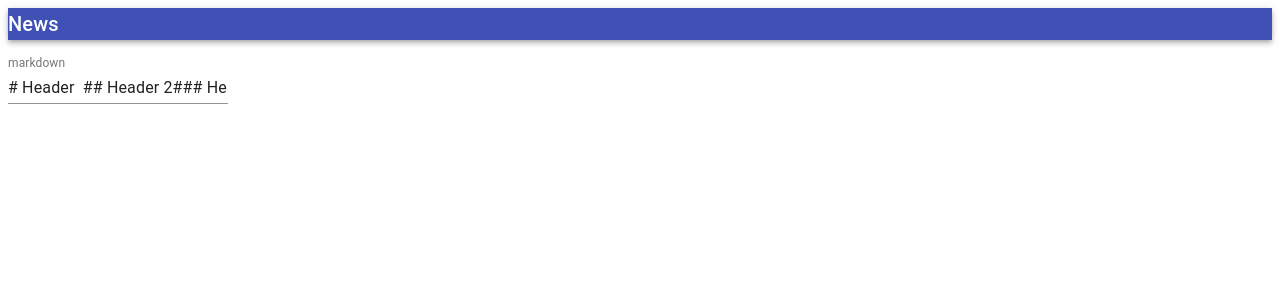
Repository: milac0/markdown-previewer
Page: /
The author's editor kept a copy of each file at every save. The page is drawn from the files as they stood at one save, then again after a run of saves.
The browser window is 1280 px wide. The pictures show the whole page.
The project was rebuilt for these pictures with package versions that can differ from the ones it lists, and the page was loaded fresh each time.

Above is the page before, as saved 2019-10-22 14:56:03.

After the next 4 saves:
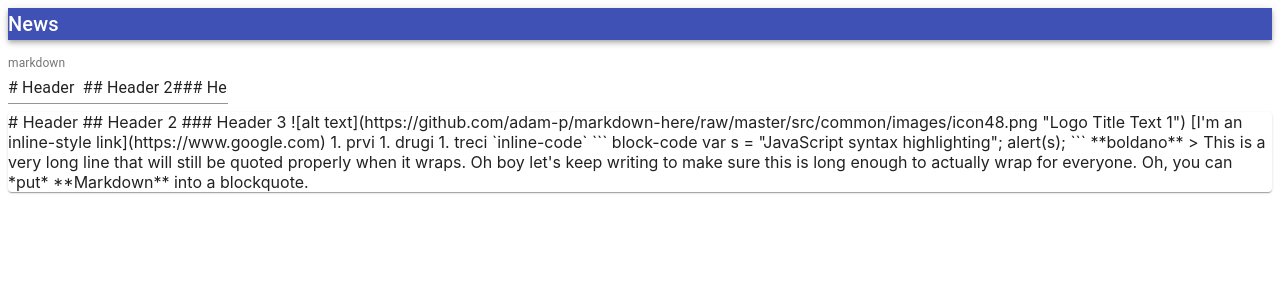
The 4 saves are shown as one change because 3 did not build or start.
The last was saved 5 min 17 s later.
--- a/src/App.js
+++ b/src/App.js
@@ -1,11 +1,13 @@
 import React, { Fragment, useState} from 'react';
 import startingInput from './util/startingInput'
+import marked from 'marked'
 
 //mui
 import AppBar from '@material-ui/core/AppBar';
 import Typography from '@material-ui/core/Typography';
 import TextField from '@material-ui/core/TextField';
 import Grid from '@material-ui/core/Grid'
+import Paper from '@material-ui/core/Paper'
 
 const App = () => {
   const [markdown, setMarkdown] = useState(startingInput)
@@ -13,6 +15,11 @@ const App = () => {
   const handleChange = e => {
     setMarkdown(e.target.value)
   }
+
+  const createMarkup = () => ({
+    __html: markdown
+  })
+
   return (
     <Fragment>
       <AppBar position="static">
@@ -30,7 +37,8 @@ const App = () => {
       />
         </Grid>
         <Grid item>
-
+          <Paper dangerouslySetInnerHTML={createMarkup()}>
+          </Paper>
         </Grid>
       </Grid>
     </Fragment>
